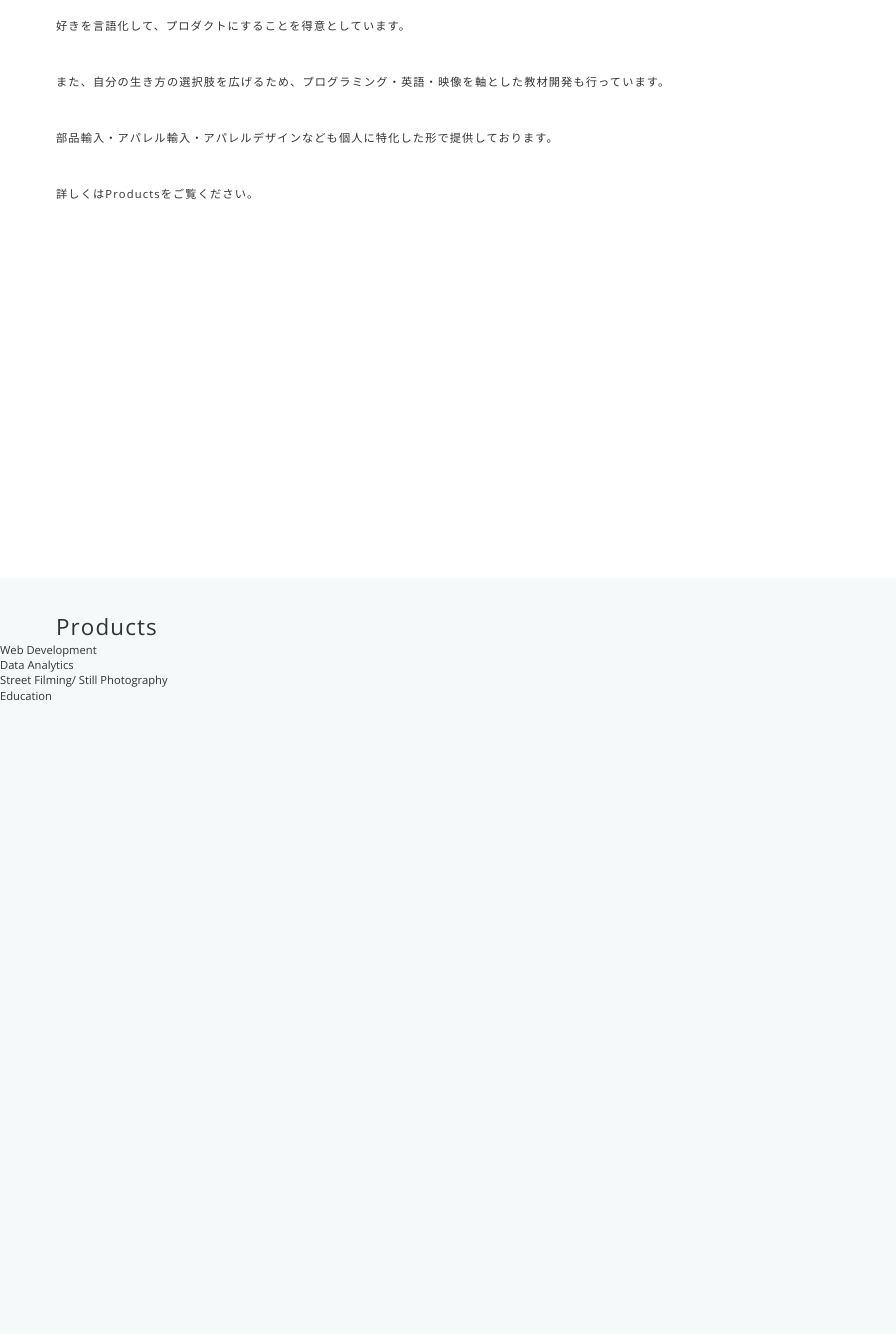
Repository: AirDepot/web
Page: index.html
The author's editor kept a copy of each file at every save. The page is drawn from the files as they stood at one save, then again after the next save.
The browser window is 1280 px wide. The pictures show the part of the page from y = 1334 to 3254 px (the page is 6592 px tall), at 70% of full size.

Above is the page before, as saved 2020-02-11 23:43:41.

### index.html
<!DOCTYPE html>
<html lang="ja">
    <head>
        <meta charset="UTF-8">
        <link href="https://fonts.googleapis.com/css?family=Open+Sans:100,300,400,600" rel="stylesheet" type="text/css">
        <link href="http://code.ionicframework.com/ionicons/2.0.1/css/ionicons.min.css" rel="stylesheet" type="text/css">
        <link type="text/css" rel="stylesheet" href="./assets/css/common.css">
        <title>KustomApe</title>
        <meta name=”keywords” content="Python, Web, 映像, 教材, 開発">
        <meta name=”description” content=”Pythonを使ったプロダクト開発のKustomApe。車業界、ストリート映像を軸としたプロダクトDevelopmentユニット。Web開発、データクローリング、映像・写真、プログラミングの教材開発を行っています。”>
    </head>
    <body>
        <div id="wrap">
            <div id="home">
                <header id="header">
                    <h1 id="logo"><a href="#home"><img src="./assets/img/main_logo.svg" alt="KustomApe"></a></h1>
                    <nav id="nav">
                        <ul id="navigations">
                            <li><a href="#about">About</a></li>
                            <li><a href="#products">Products</a></li>
                            <li><a href="#works">Works</a></li>
                            <li><a href="#hackers">Developers</a></li>
                            <li><a href="#contact">Contact</a></li>
                        </ul>
                    </nav>
                </header>
                <div id="header_contents">
                    <p id="ape_icon"><img src="./assets/img/ape_icon.svg" alt="Apeのアイコン画像"></p>
                    <h2 id="concept">Verbalize, makes the best Product.</h2>
                </div>
            </div>
            <div id="about">
                <h3 class="section_titles">About</h3>
                <p id="about_kustomape">KustomApe(カスタムエイプ)はWebをはじめとする車業界、ストリート映像を軸としたDevelopmentユニットです。<br />
                好きを言語化して、プロダクトにすることを得意としています。<br />
                また、自分の生き方の選択肢を広げるため、プログラミング・英語・映像を軸とした教材開発も行っています。<br />
                部品輸入・アパレル輸入・アパレルデザインなども個人に特化した形で提供しております。<br />
                詳しくはProductsをご覧ください。</p>
            </div>
            <div id="products">
                <h3 class="section_titles">Products</h3>
                <p class="box">Web Development</p>
                <p class="box">Data Analytics</p>
                <p class="box">Street Filming/ Still Photography</p>
                <p class="box">Education</p>
            </div>
            <div id="works">
                <h3 class="section_titles">Works</h3>
                <p class="box unlaunched">Coming soon...</p>
            </div>
            <div id="developers">
                <h3 class="section_titles">Developers</h3>

            </div>
            <div id="contact">
                <h3 class="section_titles">Contact</h3>

            </div>
            <footer id="footer">
                <small>Copyright &copy; 2020 KustomApe All Rights Reserved.</small>
            </footer>
        </div>
    </body>
</html>

### assets/css/common.css
/**********************************************
*** GENERAL
**********************************************/

* {
    margin: 0;
    padding: 0;
    box-sizing: border-box;
}

.clearfix::after {
    content: "";
    display: table;
    clear: both;
}

html {
    overflow: auto;
}

body {
    color: #333;
    font-family: Open Sans, Arial, Helvetica, sans-serif;
    overflow: hidden;
}

ul {
    list-style: none;
}

a {
    text-decoration: none;
}

div#wrap {
    width: 100%;
    margin-top: -3rem;
}

div#home {
    width: 100%;
    height: 1080px;
    background-image: url(../img/wrap_bg.svg);
    background-position: center top;
    background-repeat: no-repeat;
    background-size: cover;
}

header#header {
    width: 100%;
    height: 150px;
    margin-left: 5rem;
}

header#header h1#logo {
    width: 500px;
    margin-top: 3rem;
}

h1#logo img {
    margin-top: 3rem;
    width: 350px;
}

nav#nav {
    margin-top: -4rem;
}

nav#nav ul#navigations {
    display: flex;
    justify-content: center;
    align-items: center;
    list-style: none;
    margin-left: 43rem;
}

nav#nav ul#navigations li {
    padding-right: 3.5rem;
}

nav#nav ul#navigations li a {
    color: #fff;
}

div#header_contents {
    display: inline-flex;
    margin-left: 5rem;
    padding: 15rem 0;
}

div#header_contents h2#concept {
    padding: 4.5rem 1rem;
    letter-spacing: 0.1rem;
    font-weight: 100;
    font-size: 1.5rem;
}

div#header_contents p#ape_icon img {
    width: 200px;
}

h3.section_titles {
    font-size: 2rem;
    font-weight: 500;
    padding-top: 3rem;
    margin-left: 5rem;
    letter-spacing: 0.1rem;
}

div#about {
    width: 100%;
    height: 1080px;
}

div#about p#about_kustomape {
    padding-top: 5rem;
    margin-left: 5rem;
    font-size: 1rem;
    letter-spacing: 0.1rem;
    line-height: 5rem;
}

div#products {
    width: 100%;
    height: 1080px;
    background: #F5F9FA;
}

div#works {
    width: 100%;
    height: 1080px;
}

div#developers {
    width: 100%;
    height: 1080px;
    background: #F5F9FA;
}

div#contact {
    width: 100%;
    height: 1080px;
}

footer#footer {
    width: 100%;
    height: 7rem;
    background: #285E7F;
}

footer#footer small {
    display: block;
    text-align: center;
    color: #fff;
    padding: 3rem 0;
}

After the next save:
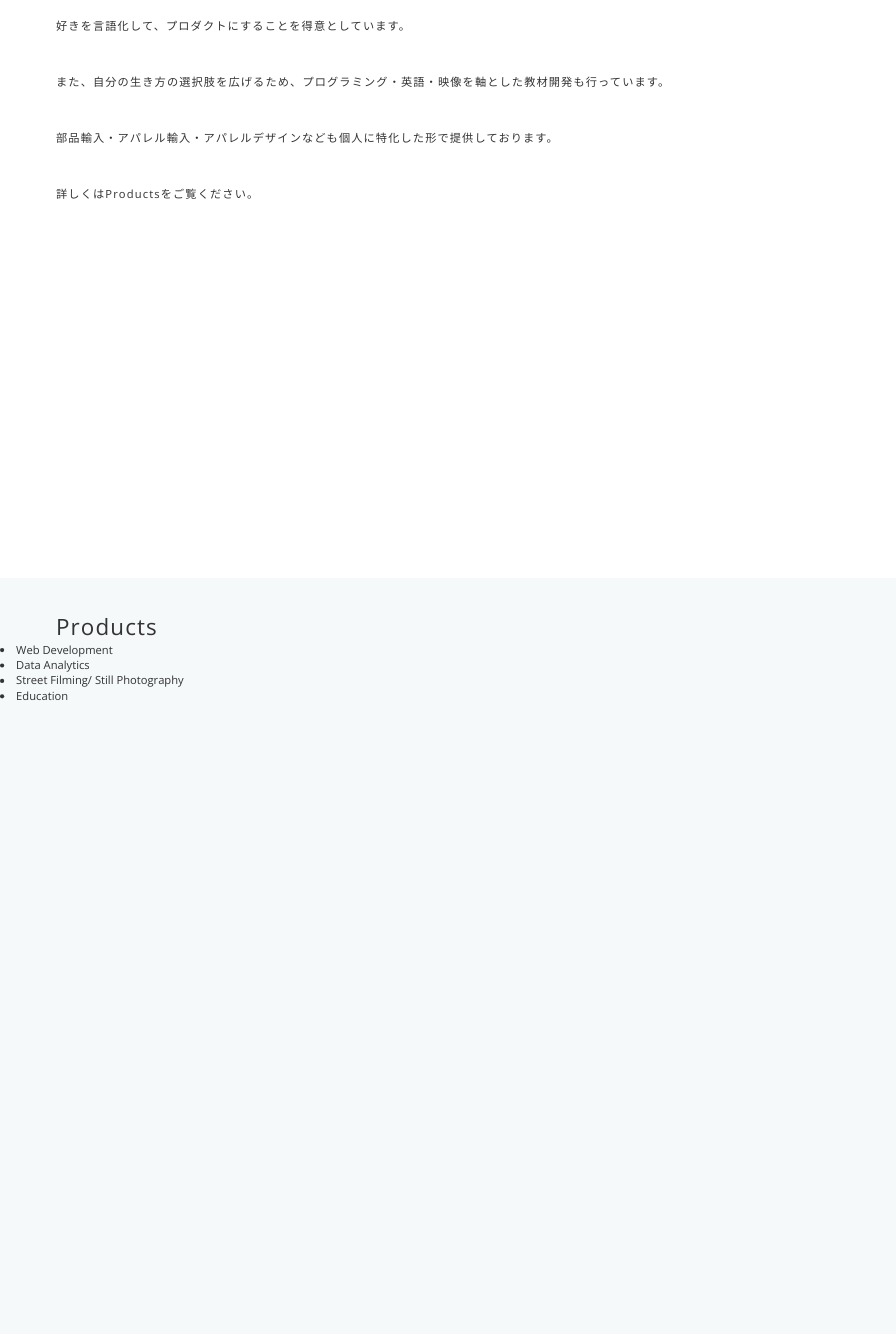
Saved 22 s later.
--- a/index.html
+++ b/index.html
@@ -39,10 +39,10 @@
             </div>
             <div id="products">
                 <h3 class="section_titles">Products</h3>
-                <p class="box">Web Development</p>
-                <p class="box">Data Analytics</p>
-                <p class="box">Street Filming/ Still Photography</p>
-                <p class="box">Education</p>
+                <li class="box">Web Development</p>
+                <li class="box">Data Analytics</p>
+                <li class="box">Street Filming/ Still Photography</p>
+                <li class="box">Education</p>
             </div>
             <div id="works">
                 <h3 class="section_titles">Works</h3>

After the 2 saves that followed:
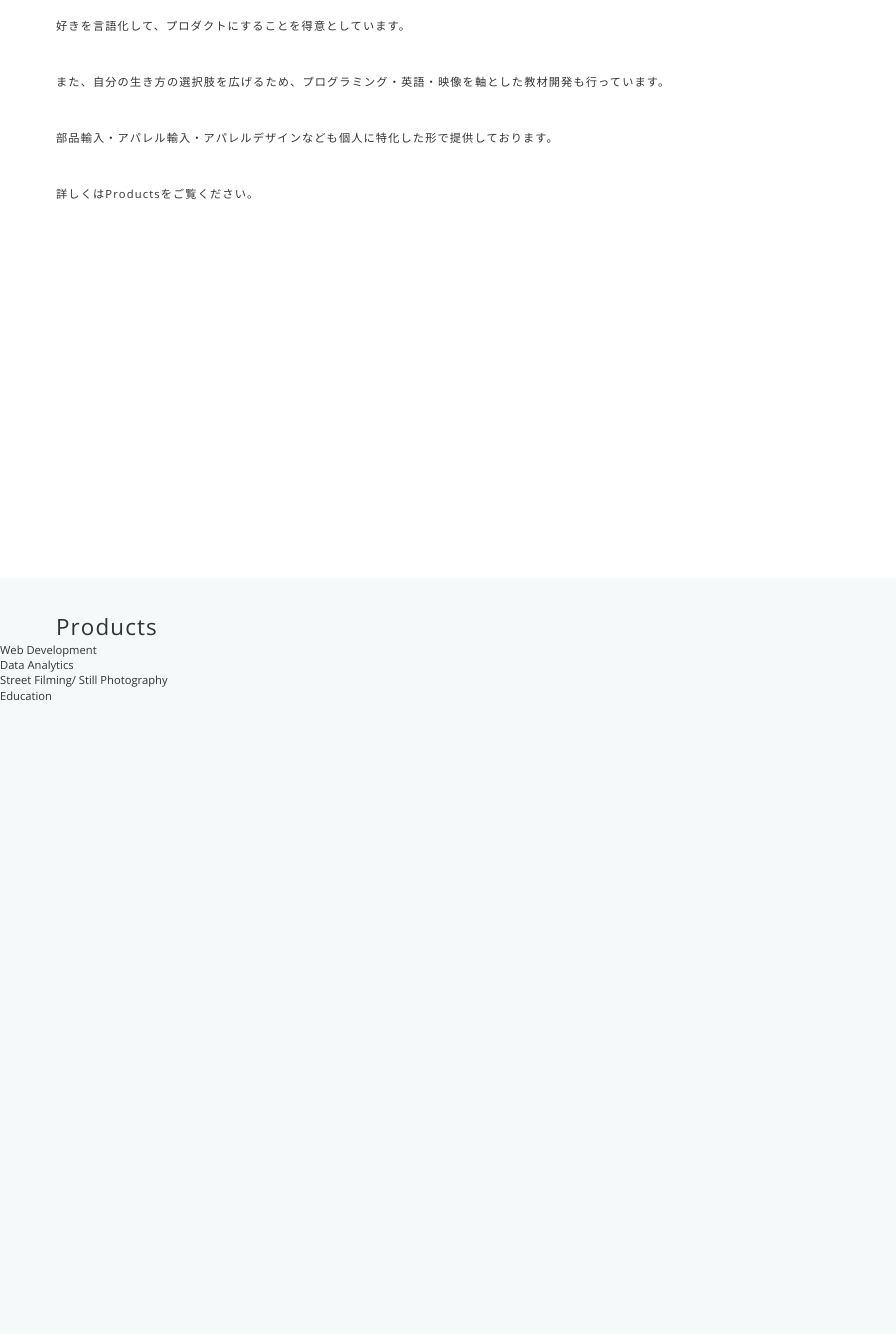
The 2 saves are shown as one change because 1 left the picture as it was.
The last was saved 30 s later.
--- a/index.html
+++ b/index.html
@@ -39,10 +39,12 @@
             </div>
             <div id="products">
                 <h3 class="section_titles">Products</h3>
-                <li class="box">Web Development</p>
-                <li class="box">Data Analytics</p>
-                <li class="box">Street Filming/ Still Photography</p>
-                <li class="box">Education</p>
+                <ul>
+                    <li class="box">Web Development</li>
+                    <li class="box">Data Analytics</li>
+                    <li class="box">Street Filming/ Still Photography</li>
+                    <li class="box">Education</li>
+                </ul>
             </div>
             <div id="works">
                 <h3 class="section_titles">Works</h3>
